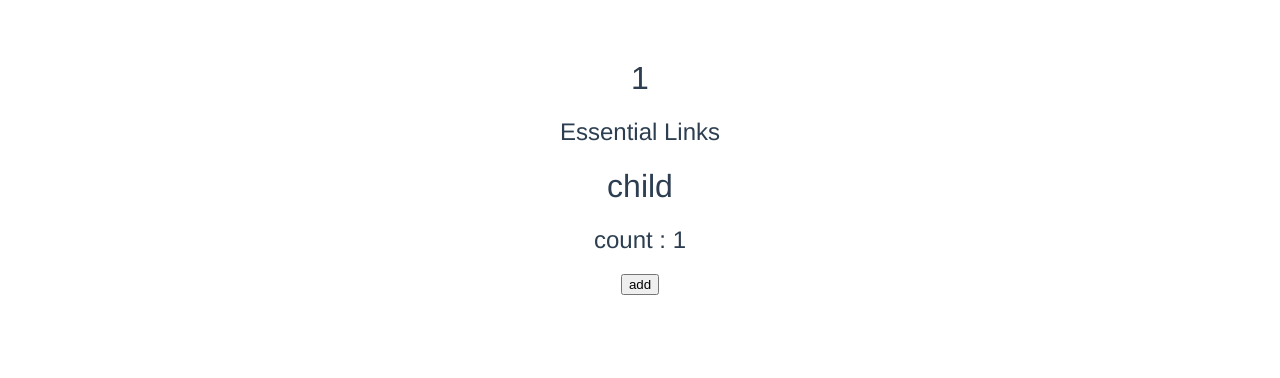
Repository: NotTooTwo/vueRouter
Page: /
An editor plug-in stored every save of this project. The page is shown before and after the next save, followed by the edit.
The browser window is 1280 px wide. The pictures show the whole page.
The project was rebuilt for these pictures with package versions that can differ from the ones it lists, and the page was loaded fresh each time.

Above is the page before, as saved 2018-03-13 09:22:35.

After the next save:
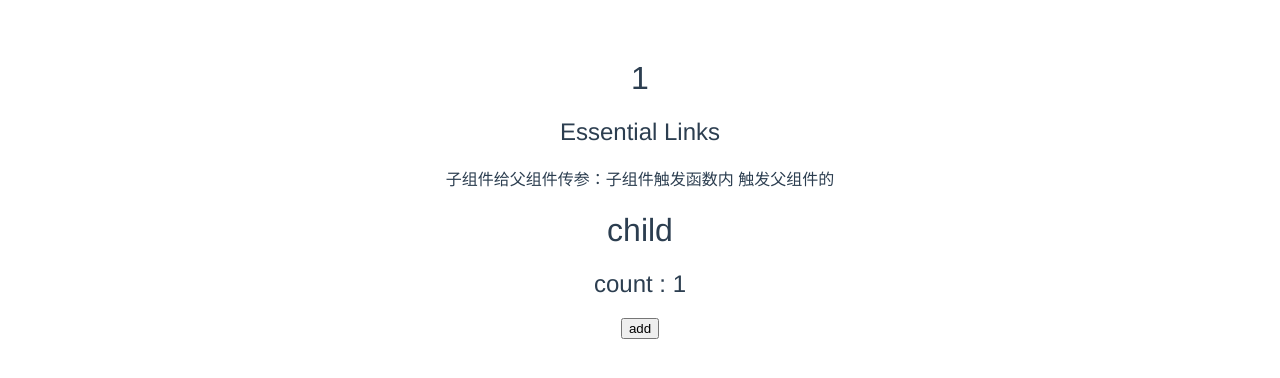
Saved 2 min 58 s later.
--- a/src/components/HelloWorld.vue
+++ b/src/components/HelloWorld.vue
@@ -2,6 +2,7 @@
   <div class="hello">
     <h1>{{ childNum }}</h1>
     <h2>Essential Links</h2>
+    子组件给父组件传参：子组件触发函数内 触发父组件的
     <Child :countNum=1 v-on:childCount="countChildNum"></Child>
   </div>
 </template>

After the save that followed:
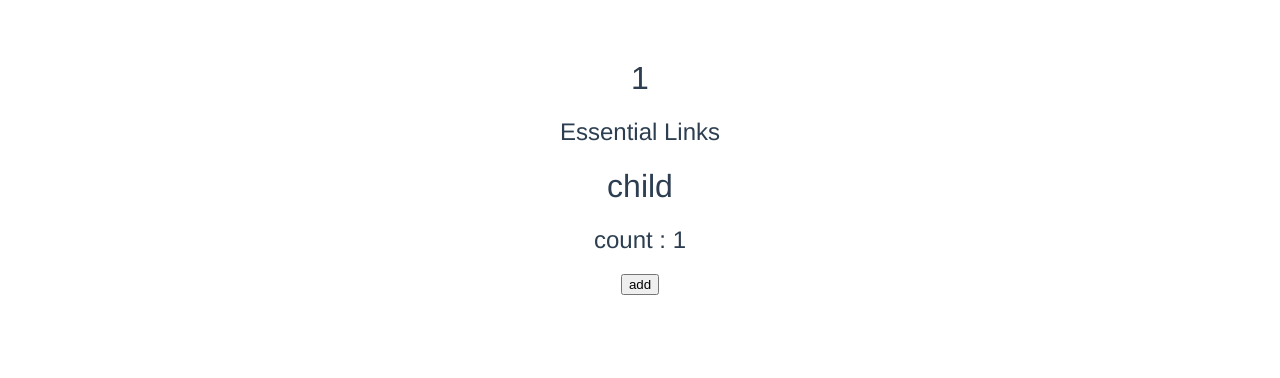
Saved 7 s later.
--- a/src/components/HelloWorld.vue
+++ b/src/components/HelloWorld.vue
@@ -2,7 +2,7 @@
   <div class="hello">
     <h1>{{ childNum }}</h1>
     <h2>Essential Links</h2>
-    子组件给父组件传参：子组件触发函数内 触发父组件的
+    <!-- 子组件给父组件传参：子组件触发函数内 触发父组件的 -->
     <Child :countNum=1 v-on:childCount="countChildNum"></Child>
   </div>
 </template>
